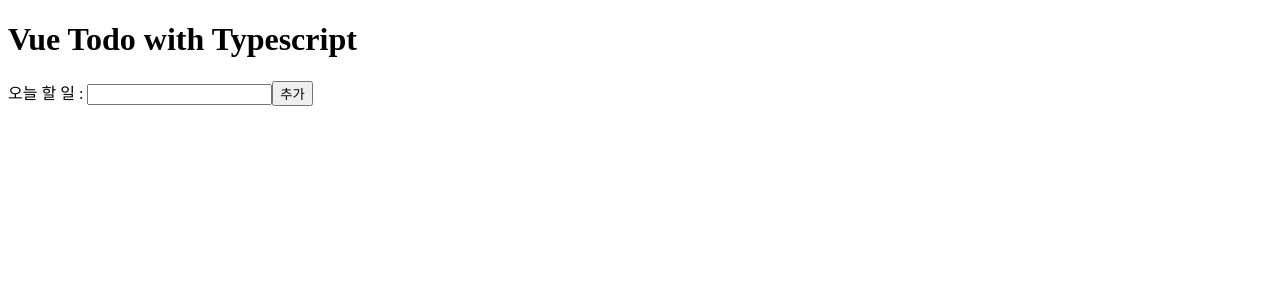
Repository: YangSeungWook/vue3-ts
Page: / (app in vue-todo/)
These files come from the project's save history. The page is drawn as it stood at one moment and after the next save; the edit follows.
The browser window is 1280 px wide. The pictures show the whole page.
The project was rebuilt for these pictures with package versions that can differ from the ones it lists, and the page was loaded fresh each time.

Above is the page before, as saved 2021-05-02 09:56:47.

### vue-todo/src/App.vue
<template>
  <div>
    <h1>Vue Todo with Typescript</h1>
    <TodoInput
      :item="todoText"
      @focus="ysw"
      @:inputUp="updateTodoText"
      @:add="addTodoItem"
    ></TodoInput>
  </div>
</template>

<script lang="ts">
import Vue from "vue";
import TodoInput from "./components/TodoInput.vue";

export default Vue.extend({
  components: { TodoInput },
  data() {
    return {
      todoText: "",
    };
  },
  methods: {
    updateTodoText(value: any) {
      this.todoText = value;
    },
    addTodoItem() {
      const value = this.todoText;
      localStorage.setItem(this.todoText, this.todoText);
      this.initTodoText();
    },
    initTodoText() {
      this.todoText = "";
    },
    ysw() {
     console.log(1)
    },
  },
});
</script>

<style scoped></style>

### vue-todo/src/components/TodoInput.vue
<template>
  <div>
    <label for="todo-input">오늘 할 일 : </label>
    <input id="todo-input" :value="item" @input="handelInput" type="text" />
    <button @click="addTodo" type="button">추가</button>
  </div>
</template>

<script lang="ts">
import Vue from "vue";
export default Vue.extend({
  props: ["item"],
  methods: {
    handelInput(event) {
      this.$emit("inputUp", event.target.value);
    },
    addTodo() {
      this.$emit("add");
    },
  },
});
</script>

<style scoped></style>

Loaded but not shown: vue-todo/public/index.html (common file); vue-todo/src/main.ts (common file)

After the next save:
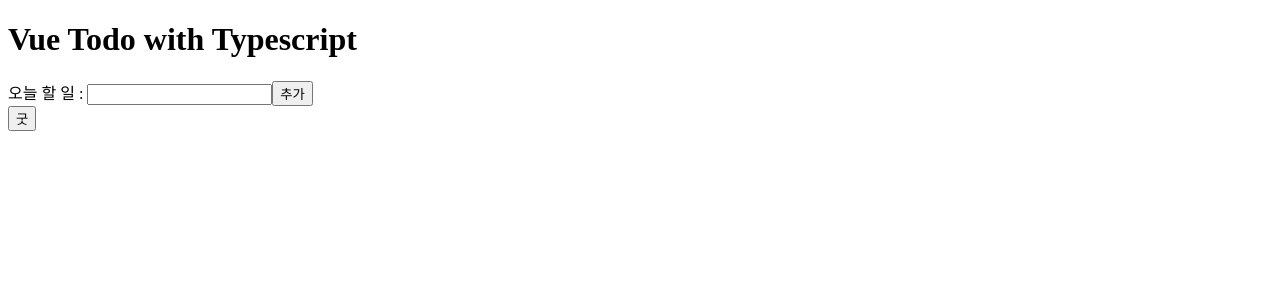
Saved 86 s later.
--- a/vue-todo/src/App.vue
+++ b/vue-todo/src/App.vue
@@ -3,10 +3,12 @@
     <h1>Vue Todo with Typescript</h1>
     <TodoInput
       :item="todoText"
-      @focus="ysw"
+
       @:inputUp="updateTodoText"
       @:add="addTodoItem"
     ></TodoInput>
+
+    <button @click="ysw">굿</button>
   </div>
 </template>
 

After the 5 saves that followed:
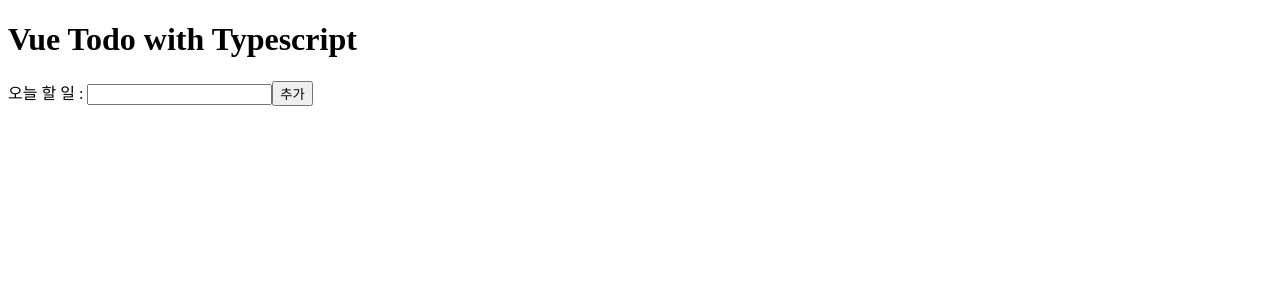
The 5 saves are shown as one change because 4 left the picture as it was.
The last was saved 7 min 31 s later.
--- a/vue-todo/src/App.vue
+++ b/vue-todo/src/App.vue
@@ -8,7 +8,6 @@
       @:add="addTodoItem"
     ></TodoInput>
 
-    <button @click="ysw">굿</button>
   </div>
 </template>
 
